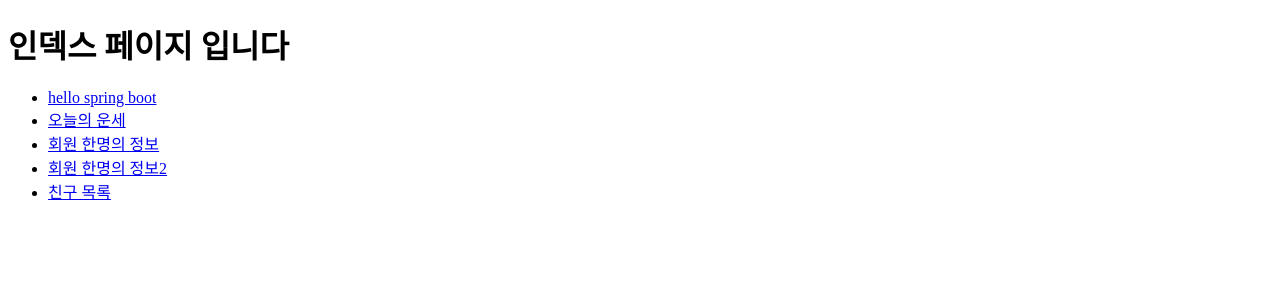
Repository: catfishlove/spring
Page: Boot02_Controller/src/main/resources/static/index.html
An editor plug-in stored every save of this project. The page is shown before and after the next save, followed by the edit.
The browser window is 1280 px wide. The pictures show the whole page.

Above is the page before, as saved 2024-07-02 02:45:51.

### Boot02_Controller/src/main/resources/static/index.html
<!DOCTYPE html>
<html>
<head>
<meta charset="UTF-8">
<title>/static/index.html</title>
</head>
<body>
	<div class="container">
		<h1>인덱스 페이지 입니다</h1>
		<ul>
			<li><a href="/boot02/hello">hello spring boot</a></li>
			<li><a href="/boot02/fortune">오늘의 운세</a></li>
			<li><a href="/boot02/member">회원 한명의 정보</a></li>
			<li><a href="/boot02/member2">회원 한명의 정보2</a></li>
			<li><a href="/boot02/friends">친구 목록</a></li>
		</ul>
	</div>
</body>
</html>

After the next save:
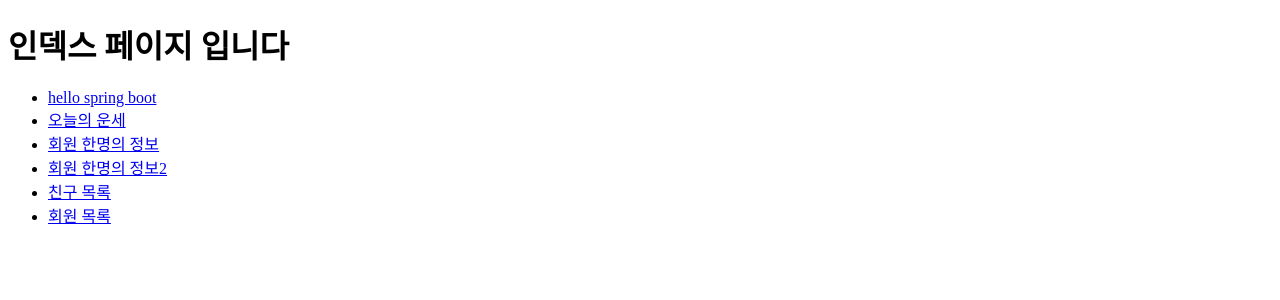
Saved 2 min 27 s later.
--- a/Boot02_Controller/src/main/resources/static/index.html
+++ b/Boot02_Controller/src/main/resources/static/index.html
@@ -13,6 +13,7 @@
 			<li><a href="/boot02/member">회원 한명의 정보</a></li>
 			<li><a href="/boot02/member2">회원 한명의 정보2</a></li>
 			<li><a href="/boot02/friends">친구 목록</a></li>
+			<li><a href="/boot02/members">회원 목록</a></li>
 		</ul>
 	</div>
 </body>
